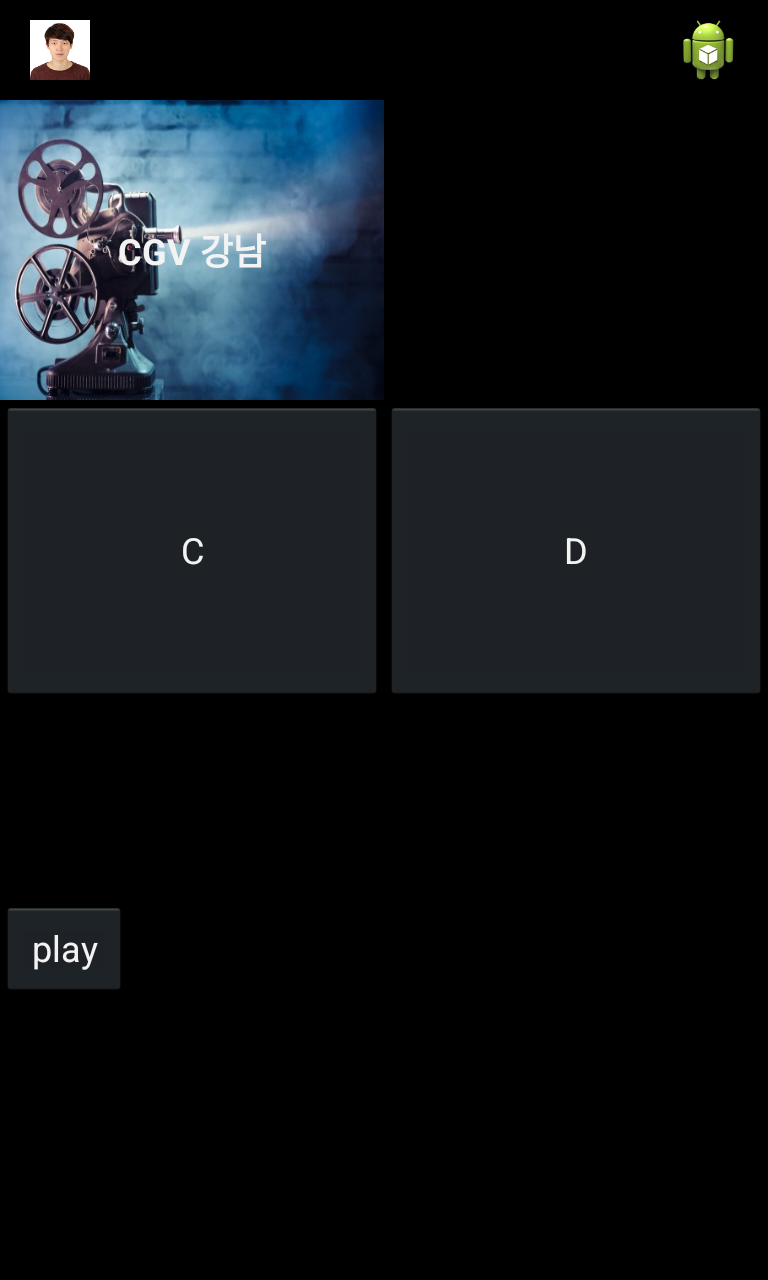
Repository: Minsu-Daniel-Kim/tipinboard1.0
Layout: TipinBoard1.0/res/layout/activity_main.xml
An editor plug-in stored every save of this project. The layout is shown before and after the next save, followed by the edit.
It is drawn on a 768 x 1280 px phone screen (xhdpi) without system bars, with theme android:Theme.Holo; the app's code is not run.

Above is the layout before, as saved 2013-04-15 14:09:09.

After the next save:
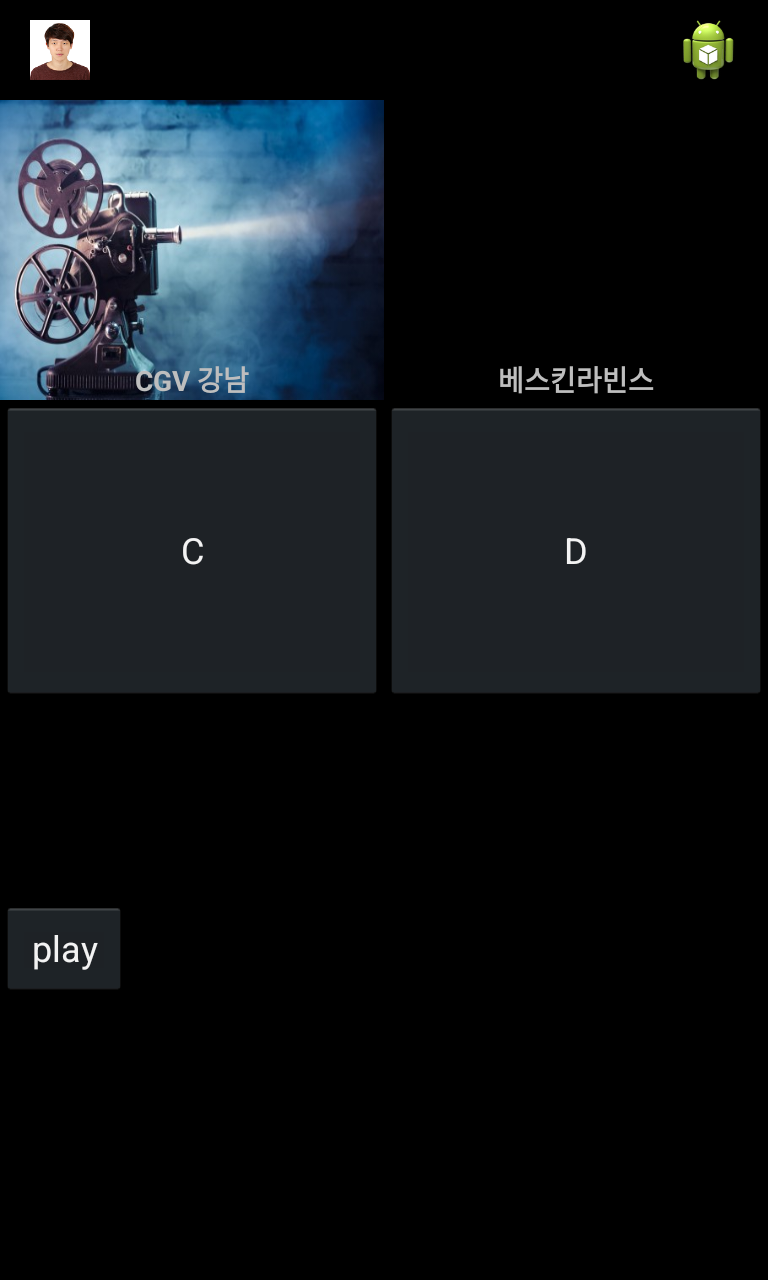
Saved 3 min 43 s later.
--- a/TipinBoard1.0/res/layout/activity_main.xml
+++ b/TipinBoard1.0/res/layout/activity_main.xml
@@ -52,16 +52,23 @@
         android:layout_height="wrap_content"
         android:orientation="horizontal" >
 
-        <Button
+        <RelativeLayout
             android:id="@+id/button1"
             android:layout_width="0dp"
             android:layout_height="150dp"
             android:layout_weight="1"
             android:background="@drawable/movie"
-            android:onClick="detail"
-            android:text="CGV 강남"
-            android:scaleType="centerCrop"
-            android:textStyle="bold" />
+            android:onClick="detail" >
+
+            <TextView
+                android:id="@+id/textView1"
+                android:layout_width="fill_parent"
+                android:layout_height="wrap_content"
+                android:layout_alignParentBottom="true"
+                android:gravity="center_horizontal"
+                android:text="CGV 강남"
+                android:textStyle="bold" />
+        </RelativeLayout>
 
         <RelativeLayout
             android:id="@+id/button1"
